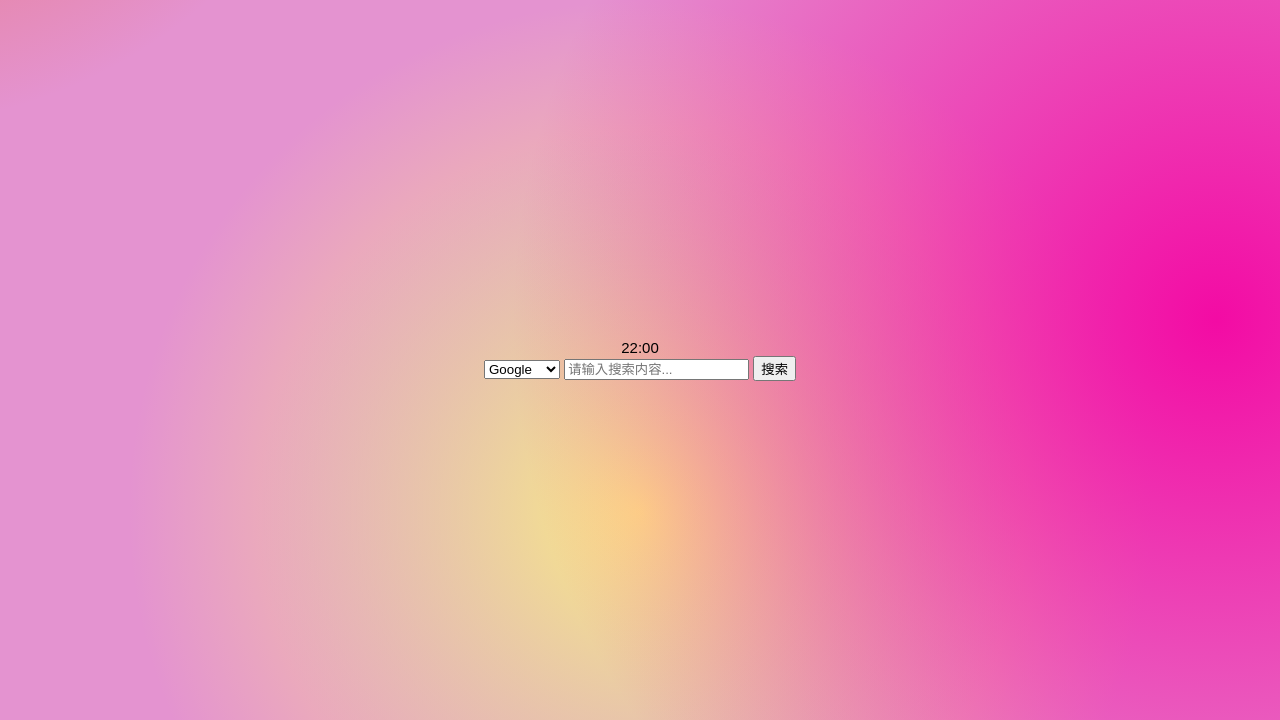
Repository: RADEKWRLD/NaviR
Page: index.html
The author's editor kept a copy of each file at every save. The page is drawn from the files as they stood at one save, then again after the next save.
The browser window is 1280 px wide. The pictures show the whole page.

Above is the page before, as saved 2025-05-23 22:15:20.

### index.html
<!DOCTYPE html>
<html lang="en">
<head>
    <meta charset="UTF-8">
    <meta name="viewport" content="width=device-width, initial-scale=1.0">
    <title>Document</title>
    <link rel="stylesheet" href="style.css">
</head>
<body>
    <div id="main">
        <div id="clock"><span>00:00</span></div>

        <div class="search-container">
            <form id="search-form">
                <select id="search-engine" class="search-engine">
                </select>
                <input type="text" id="search-input" placeholder="请输入搜索内容...">
                <button type="submit">搜索</button>
            </form>
        </div>
    </div>




    <script src="main/script.js"></script>
</body>
</html>

### style.css

:root {
    font-size: 15px;
}

body {
    font-family: 'Quicksand', sans-serif;
    margin: 0;
    min-height: 100vh;
    background-color: #e493d0;
    background-image:
        radial-gradient(closest-side, rgba(235, 105, 78, 1), rgba(235, 105, 78, 0)),
        radial-gradient(closest-side, rgba(243, 11, 164, 1), rgba(243, 11, 164, 0)),
        radial-gradient(closest-side, rgba(254, 234, 131, 1), rgba(254, 234, 131, 0)),
        radial-gradient(closest-side, rgba(170, 142, 245, 1), rgba(170, 142, 245, 0)),
        radial-gradient(closest-side, rgba(248, 192, 147, 1), rgba(248, 192, 147, 0));
    background-size:
        130vmax 130vmax,
        80vmax 80vmax,
        90vmax 90vmax,
        110vmax 110vmax,
        90vmax 90vmax;
    background-position:
        -80vmax -80vmax,
        60vmax -30vmax,
        10vmax 10vmax,
        -30vmax -10vmax,
        50vmax 50vmax;
    background-repeat: no-repeat;
    animation: 10s movement linear infinite;
}

@keyframes movement {
    0%, 100% {
        background-size:
            130vmax 130vmax,
            80vmax 80vmax,
            90vmax 90vmax,
            110vmax 110vmax,
            90vmax 90vmax;
        background-position:
            -80vmax -80vmax,
            60vmax -30vmax,
            10vmax 10vmax,
            -30vmax -10vmax,
            50vmax 50vmax;
    }
    25% {
        background-size:
            100vmax 100vmax,
            90vmax 90vmax,
            100vmax 100vmax,
            90vmax 90vmax,
            60vmax 60vmax;
        background-position:
            -60vmax -90vmax,
            50vmax -40vmax,
            0vmax -20vmax,
            -40vmax -20vmax,
            40vmax 60vmax;
    }
    50% {
        background-size:
            80vmax 80vmax,
            110vmax 110vmax,
            80vmax 80vmax,
            60vmax 60vmax,
            80vmax 80vmax;
        background-position:
            -50vmax -70vmax,
            40vmax -30vmax,
            10vmax 0vmax,
            20vmax 10vmax,
            30vmax 70vmax;
    }
    75% {
        background-size:
            90vmax 90vmax,
            90vmax 90vmax,
            100vmax 100vmax,
            90vmax 90vmax,
            70vmax 70vmax;
        background-position:
            -50vmax -40vmax,
            50vmax -30vmax,
            20vmax 0vmax,
            -10vmax 10vmax,
            40vmax 60vmax;
    }
}

#main{
    display: flex;
    flex-direction: column;
    align-items: center;
    justify-content: center;
    height: 100vh;
}

### main/script.js
//更新时间
function updateTime() {
    const now = new Date();
    const hours = String(now.getHours()).padStart(2, '0');
    const minutes = String(now.getMinutes()).padStart(2, '0');
    const timeString = `${hours}:${minutes}`;
    document.getElementById('clock').textContent = timeString;
}

// 搜索引擎配置
const searchEngines = {
    google: {
        name: 'Google',
        url: 'https://www.google.com/search?q='
    },
    bing: {
        name: 'Bing',
        url: 'https://www.bing.com/search?q='
    },
    baidu: {
        name: '百度',
        url: 'https://www.baidu.com/s?wd='
    },
    bingcn: {
        name: '必应中国',
        url: 'https://cn.bing.com/search?q='
    },
    github: {
        name: 'GitHub',
        url: 'https://github.com/search?q='
    },
    zhihu: {
        name: '知乎',
        url: 'https://www.zhihu.com/search?q='
    }
};

// 初始化搜索功能
function initSearch() {
    const searchForm = document.getElementById('search-form');
    const searchInput = document.getElementById('search-input');
    const searchEngine = document.getElementById('search-engine');

    // 动态添加搜索引擎选项
    for (const [key, engine] of Object.entries(searchEngines)) {
        const option = document.createElement('option');
        option.value = key;
        option.textContent = engine.name;
        searchEngine.appendChild(option);
    }

    searchForm.addEventListener('submit', function(e) {
        e.preventDefault();
        const searchTerm = searchInput.value.trim();
        if (searchTerm) {
            const engine = searchEngine.value;
            const searchUrl = searchEngines[engine].url + encodeURIComponent(searchTerm);
            window.location.href = searchUrl;
        }
    });
}





function init() {
    updateTime();
    setInterval(updateTime, 1000);
    // 搜索框事件监听
    initSearch();
}
init();

After the next save:
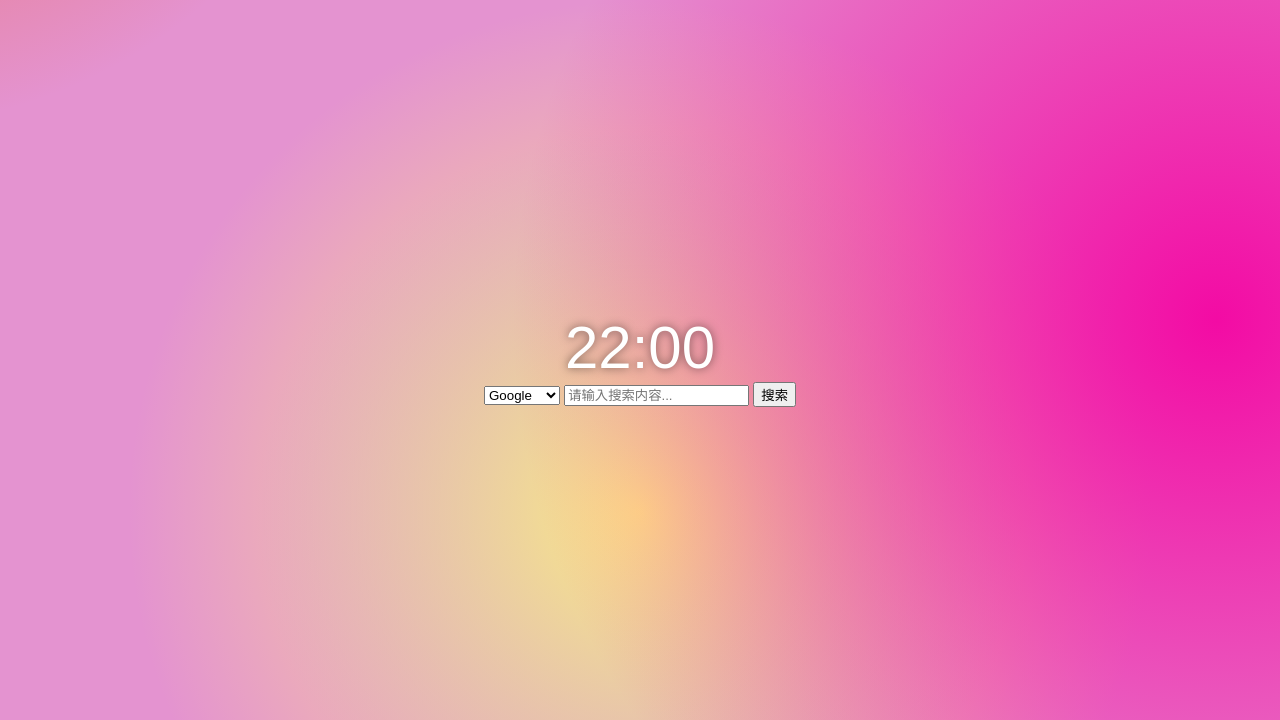
Saved 4 s later.
--- a/style.css
+++ b/style.css
@@ -96,3 +96,9 @@ body {
     justify-content: center;
     height: 100vh;
 }
+
+#clock{
+    font-size: 4rem;
+    color: #fff;
+    text-shadow: 0 0 10px rgba(0, 0, 0, 0.5);
+}
